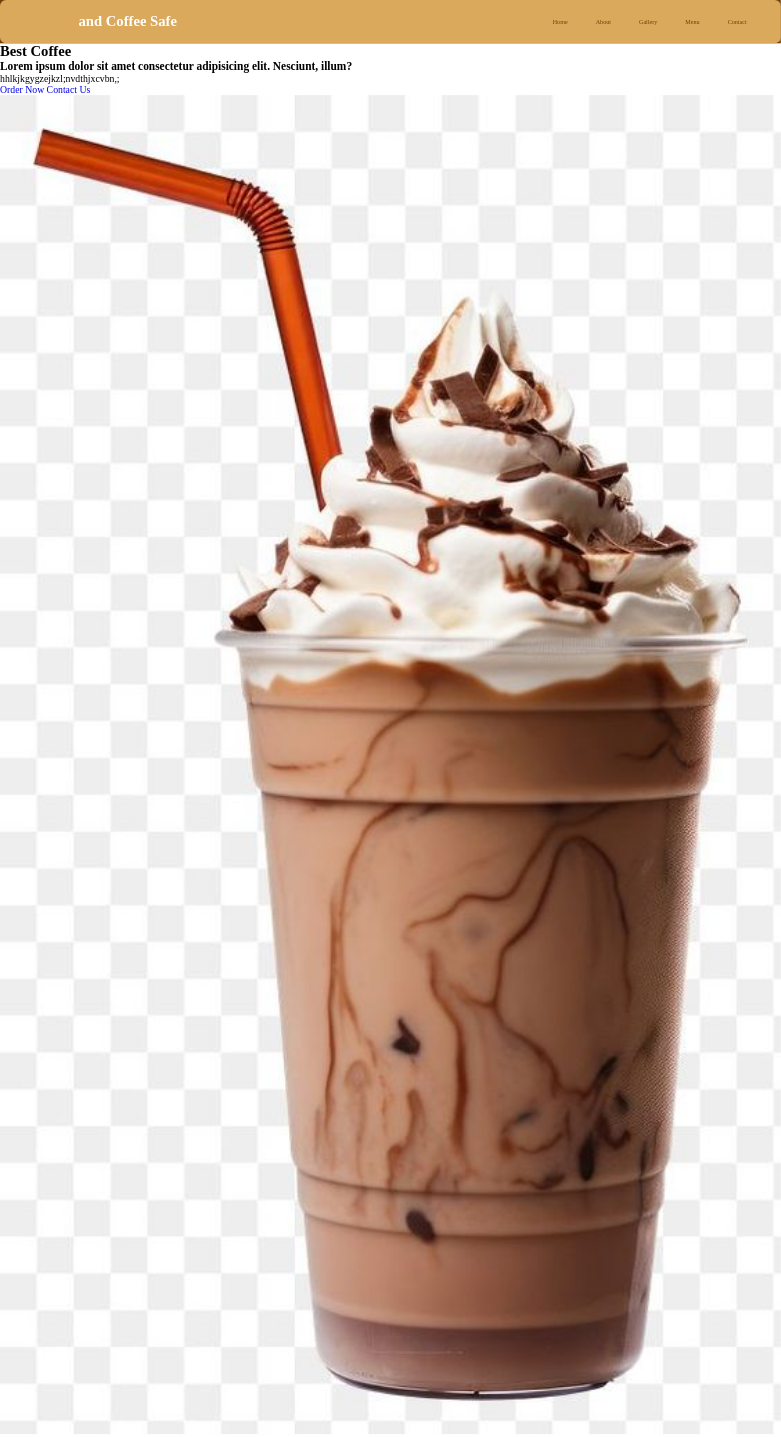
Repository: awa-creator/ProjetFinal
Page: index.html
An editor plug-in stored every save of this project. The page is shown before and after the next save, followed by the edit.
The browser window is 1280 px wide. The pictures show the whole page, at 61% of full size.
Some web fonts or font styles are not loaded; a fallback is used. Some web libraries are served in a nearby version.

Above is the page before, as saved 2024-10-02 20:32:09.

After the next save:
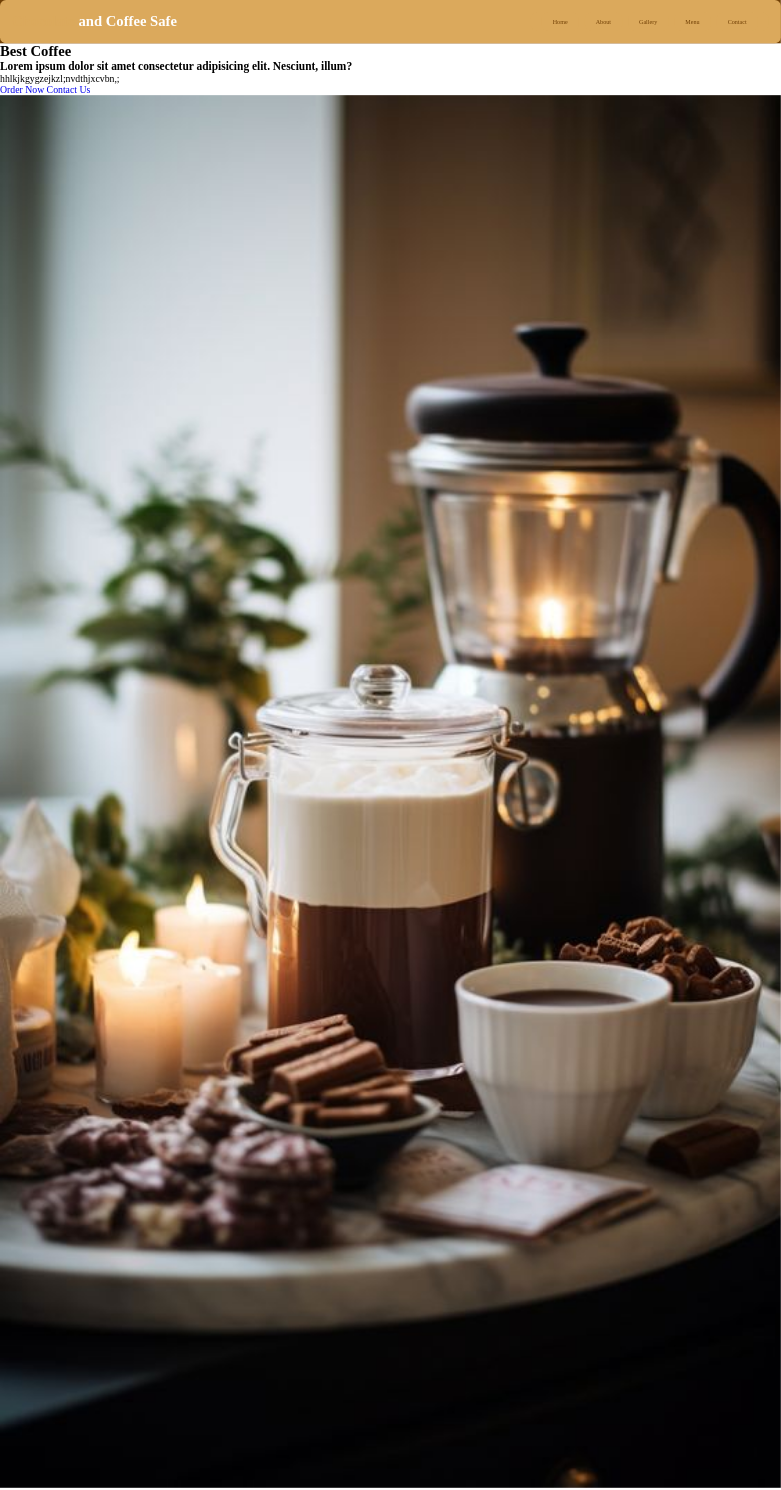
Saved 17 s later.
--- a/index.html
+++ b/index.html
@@ -47,7 +47,7 @@
                     <a href="#" class="button_contact">Contact Us</a>
                   </div>
                   <div class="main_image">
-                    <img src="image/img6.jpg" alt="">
+                    <img src="image/img1.jpg" alt="">
                   </div>
             </div>
 
